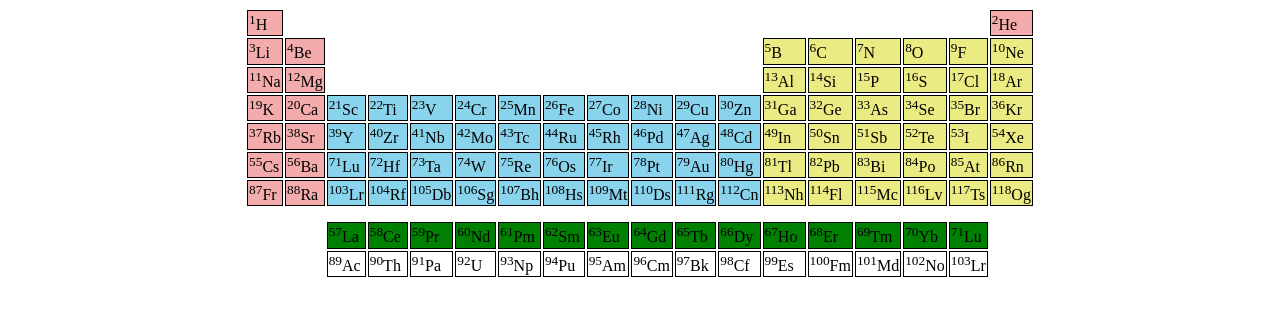
Repository: punitbathija/Placement-Assitance-iNeuron
Page: periodicTable.html
An editor plug-in stored every save of this project. The page is shown before and after the next save, followed by the edit.
The browser window is 1280 px wide. The pictures show the whole page.

Above is the page before, as saved 2023-05-22 18:13:45.

After the next save:
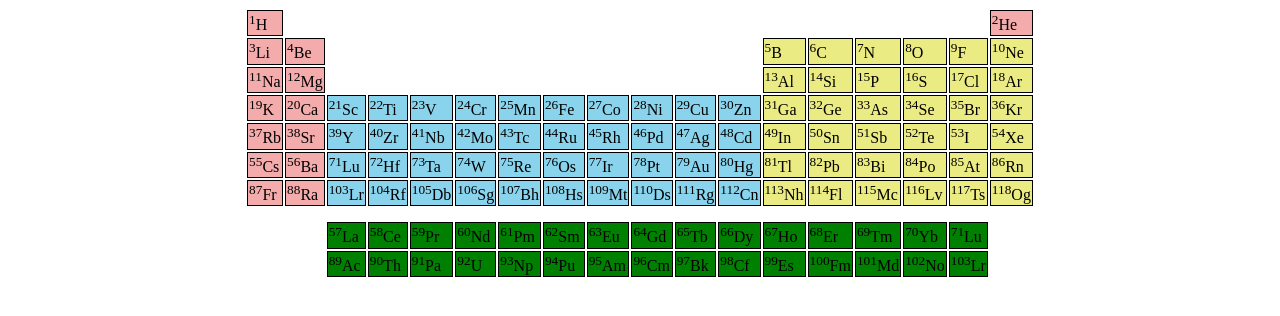
Saved 31 s later.
--- a/periodicTable.html
+++ b/periodicTable.html
@@ -145,21 +145,21 @@
       </tr>
       <tr>
         <td class="empty" colspan="2"></td>
-        <td class="element Ac" ="Actinium"><sup>89</sup>Ac</td>
-        <td class="element Th" ="Thorium"><sup>90</sup>Th</td>
-        <td class="element Pa" ="Protactinium"><sup>91</sup>Pa</td>
-        <td class="element U" ="Uranium"><sup>92</sup>U</td>
-        <td class="element Np" ="Neptunium"><sup>93</sup>Np</td>
-        <td class="element Pu" ="Plutonium"><sup>94</sup>Pu</td>
-        <td class="element Am" ="Americium"><sup>95</sup>Am</td>
-        <td class="element Cm" ="Curium"><sup>96</sup>Cm</td>
-        <td class="element Bk" ="Berkelium"><sup>97</sup>Bk</td>
-        <td class="element Cf" ="Californium"><sup>98</sup>Cf</td>
-        <td class="element Es" ="Einsteinium"><sup>99</sup>Es</td>
-        <td class="element Fm" ="Fermium"><sup>100</sup>Fm</td>
-        <td class="element Md" ="Mendelevium"><sup>101</sup>Md</td>
-        <td class="element No" ="Nobelium"><sup>102</sup>No</td>
-        <td class="element Lr" ="Lawrencium"><sup>103</sup>Lr</td>
+        <td class="element Ac green" ="Actinium"><sup>89</sup>Ac</td>
+        <td class="element Th green" ="Thorium"><sup>90</sup>Th</td>
+        <td class="element Pa green" ="Protactinium"><sup>91</sup>Pa</td>
+        <td class="element U green" ="Uranium"><sup>92</sup>U</td>
+        <td class="element Np green" ="Neptunium"><sup>93</sup>Np</td>
+        <td class="element Pu green" ="Plutonium"><sup>94</sup>Pu</td>
+        <td class="element Am green" ="Americium"><sup>95</sup>Am</td>
+        <td class="element Cm green" ="Curium"><sup>96</sup>Cm</td>
+        <td class="element Bk green" ="Berkelium"><sup>97</sup>Bk</td>
+        <td class="element Cf green" ="Californium"><sup>98</sup>Cf</td>
+        <td class="element Es green" ="Einsteinium"><sup>99</sup>Es</td>
+        <td class="element Fm green" ="Fermium"><sup>100</sup>Fm</td>
+        <td class="element Md green" ="Mendelevium"><sup>101</sup>Md</td>
+        <td class="element No green" ="Nobelium"><sup>102</sup>No</td>
+        <td class="element Lr green" ="Lawrencium"><sup>103</sup>Lr</td>
         <td class="empty"></td>
       </tr>
     </table>
